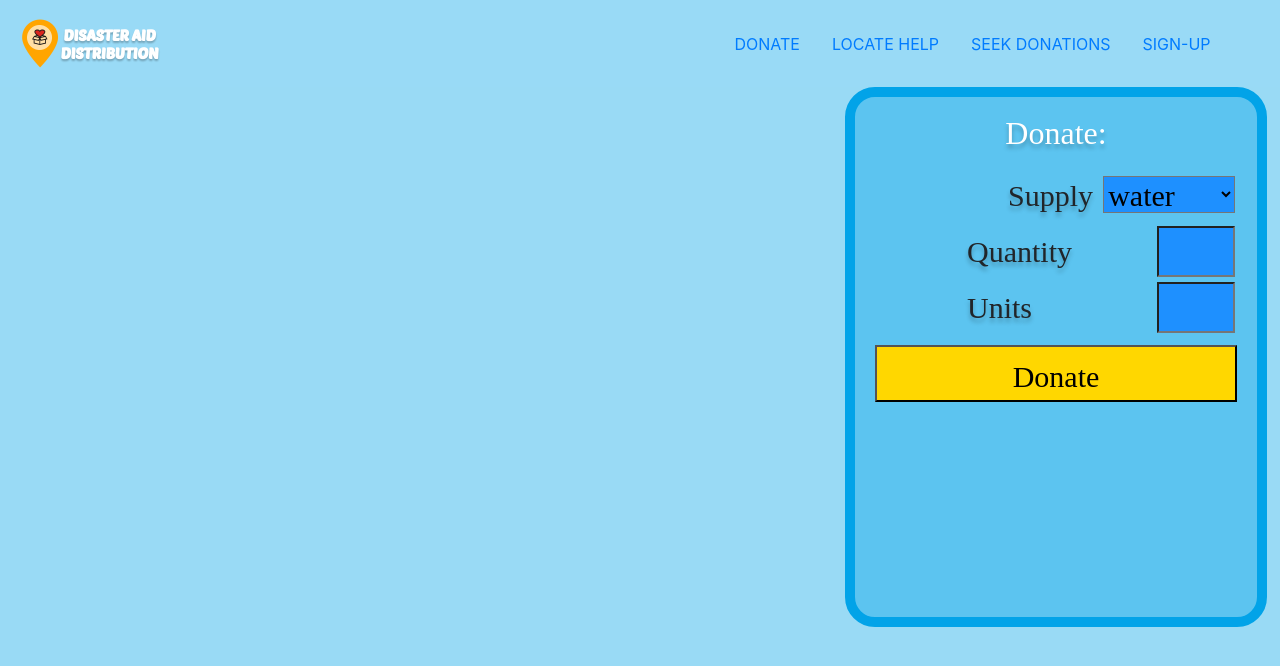
Repository: uprm-inso-4115-2019-2020-S2/semester-project-inso4115-DisasterAid-backend
Page: /donate-modal (app in disaster-aid/)
An editor plug-in stored every save of this project. The page is shown before and after the next save, followed by the edit.
The browser window is 1280 px wide. The pictures show the whole page.
The project was rebuilt for these pictures with package versions that can differ from the ones it lists, and the page was loaded fresh each time. Also part of the build but not shown: disaster-aid/angular.json, disaster-aid/src/app/login/login.component.ts, disaster-aid/src/app/register/register.component.ts, disaster-aid/src/app/home/home.component.ts, disaster-aid/src/app/landing-page/landing-page.component.ts, disaster-aid/src/app/donations/donations.component.ts, disaster-aid/src/app/donations.service.ts.

Above is the page before, as saved 2020-05-09 02:13:20.

After the next save:
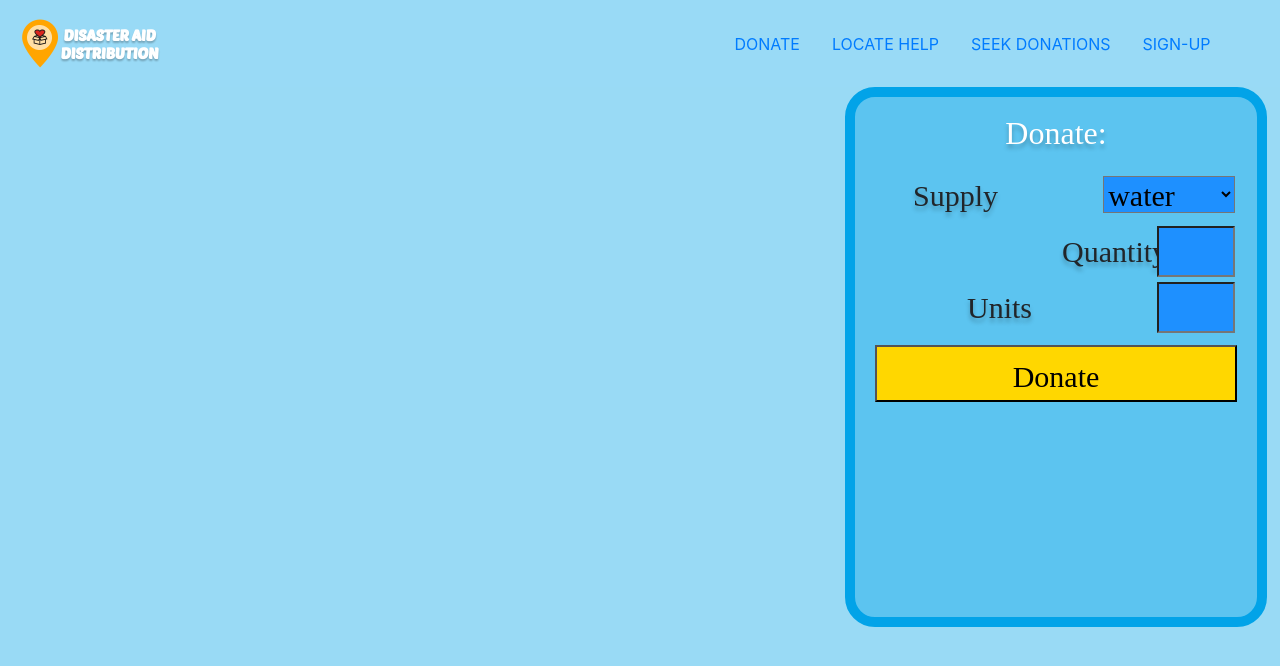
Saved 17 s later.
--- a/disaster-aid/src/app/donate-modal/donate-modal.component.html
+++ b/disaster-aid/src/app/donate-modal/donate-modal.component.html
@@ -21,7 +21,7 @@
     <!-- <form [formGroup]="loginForm" (ngSubmit)="onSubmit(loginForm.value)"> -->
         <div style="text-align: right; padding-right: 22px;">
             <div>
-                <label for="Supply" style=" width:25%; text-align:left;">Supply</label>
+                <label for="Supply" style=" width:50%; text-align:left;">Supply</label>
                 <select id="supply" name="supply" class="select">
                     <option value="water">water</option>
                     <option value="food">food</option>
@@ -31,7 +31,7 @@
                 </select>
             </div>
             <div>
-                <label for="quantity" style="width:50%; text-align:left;">Quantity</label>
+                <label for="quantity" style="width:25%; text-align:left;">Quantity</label>
                 <input type="number" class="select" id="quantity" name="quantity" min="1" max="5">
             </div>
             <div>
